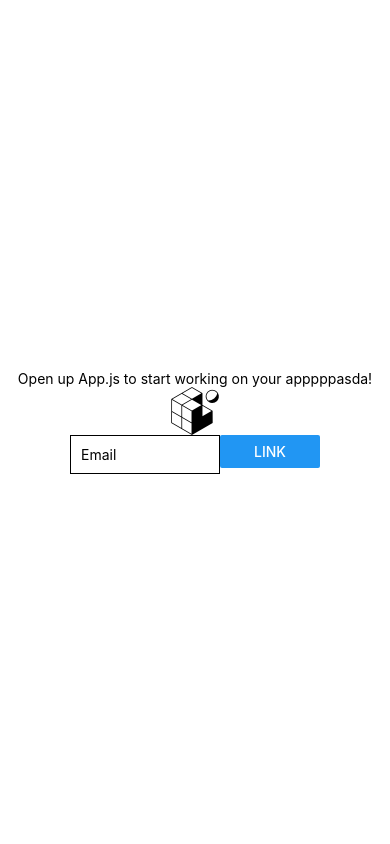
Repository: ntu34543/ReactNativeAndroid
Screen: /
The author's editor kept a copy of each file at every save. The screen is drawn from the files as they stood at one save, then again after a run of saves.
The app was drawn by React Native's web renderer in a window 390 px wide. The project was rebuilt for these pictures with package versions that can differ from the ones it lists, and the page was loaded fresh each time.

Above is the screen before, as saved 2022-09-23 16:36:12.

### App.js
import { StatusBar } from "expo-status-bar";
import { StyleSheet, Text, View, Button, Image, TextInput } from "react-native";

export default function App() {
  return (
    <View style={styles.container}>
      <Text>Open up App.js to start working on your apppppasda!</Text>
      <Image source={require("./assets/favicon.png")} />
      <View style={styles.body}>
        <View>
          <TextInput style={styles.TextInput} placeholder="Email" />
        </View>
        <View style={styles.btn}>
          <Button title="Link" />
        </View>
      </View>
      <StatusBar style="auto" />
    </View>
  );
}

const styles = StyleSheet.create({
  container: {
    flex: 1,
    backgroundColor: "#fff",
    alignItems: "center",
    justifyContent: "center",
  },
  body: {
    display: "flex",
    flexDirection: "row",
  },
  TextInput: {
    padding: 10,
    borderWidth: 1,
    borderColor: "black",
    width: 150,
  },
  btn: {
    width: 100,
  },
});

After the next 3 saves:
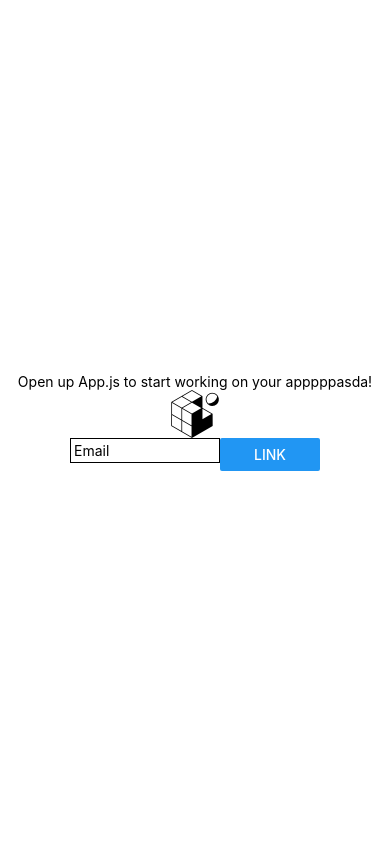
The 3 saves are shown as one change because they came seconds apart.
The last was saved 16 s later.
--- a/App.js
+++ b/App.js
@@ -31,7 +31,7 @@ const styles = StyleSheet.create({
     flexDirection: "row",
   },
   TextInput: {
-    padding: 10,
+    padding: 3,
     borderWidth: 1,
     borderColor: "black",
     width: 150,
